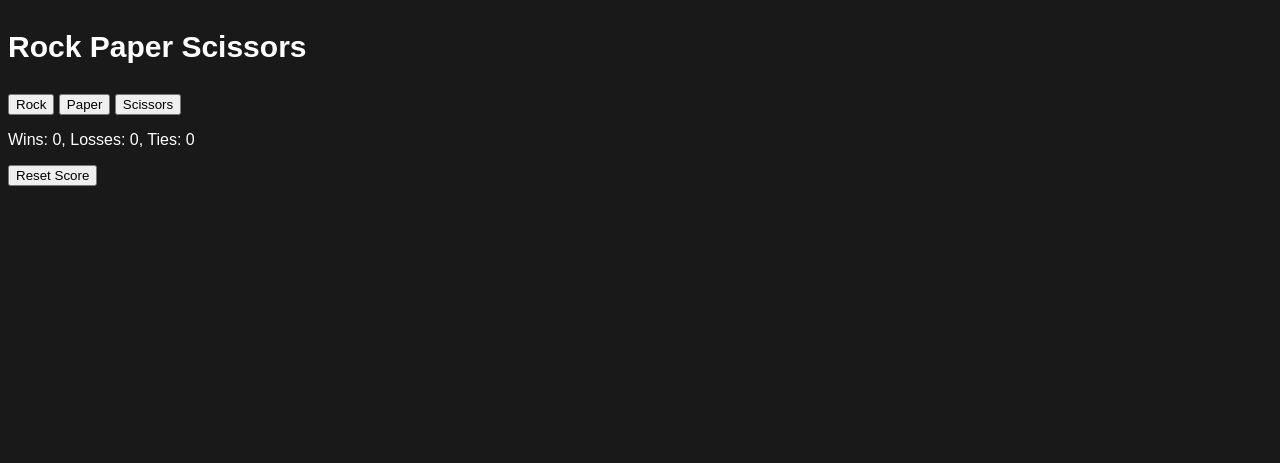
Repository: Samkiroko/Javascript-course
Page: 10-rock-paper-scissior.html
An editor plug-in stored every save of this project. The page is shown before and after the next save, followed by the edit.
The browser window is 1280 px wide. The pictures show the whole page.

Above is the page before, as saved 2023-08-28 11:13:55.

After the next save:
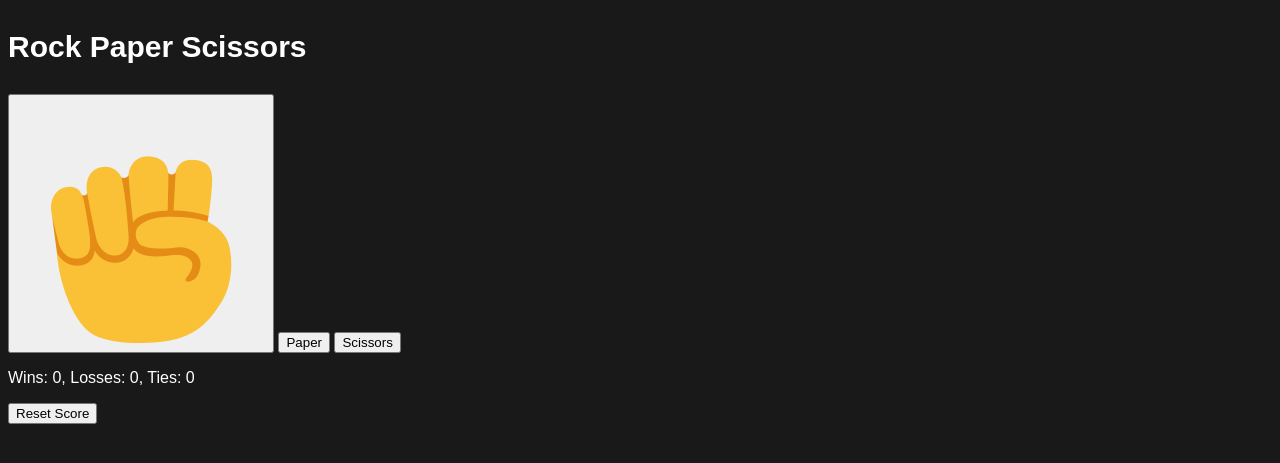
Saved 3 min 23 s later.
--- a/10-rock-paper-scissior.html
+++ b/10-rock-paper-scissior.html
@@ -21,7 +21,7 @@
       playGame('rock');
     "
     >
-      Rock
+      <img src="/img/rock-emoji.png" alt="Rock" srcset="" />
     </button>
 
     <button
